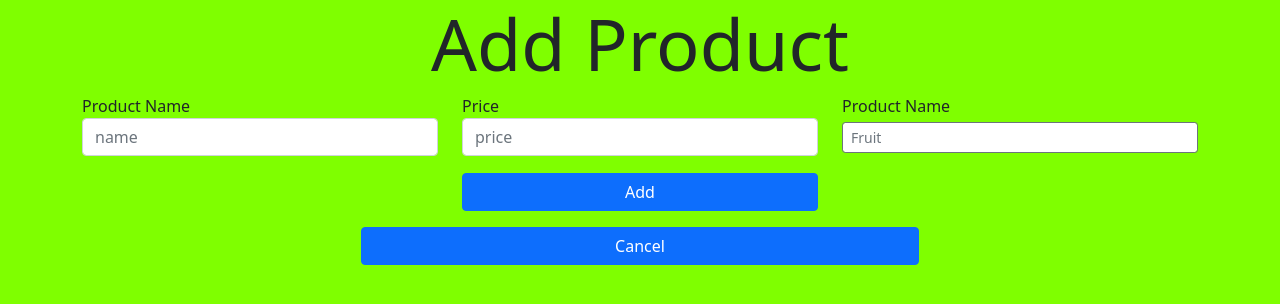
Repository: uditjain100/JavaScript-for-Web
Page: http://localhost/product/add
These files come from the project's save history. The page is drawn as it stood at one moment and after the next save; the edit follows.
The browser window is 1280 px wide. The pictures show the whole page.
The page is served by the project's Node server (23.DBrelationship_and_Express/index.js).

Above is the page before, as saved 2021-02-08 15:17:13.

After the next save:
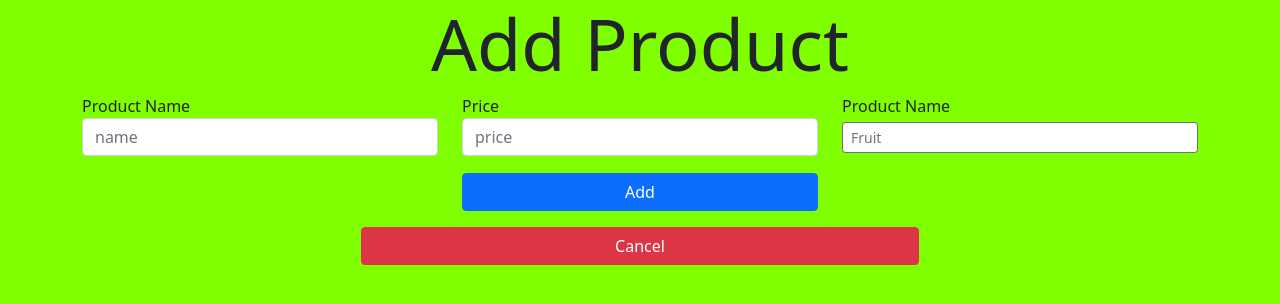
Saved 22 s later.
--- a/23.DBrelationship_and_Express/views/products/add.ejs
+++ b/23.DBrelationship_and_Express/views/products/add.ejs
@@ -57,7 +57,7 @@
         </div>
       </form>
       <div class="d-grid col-6 mx-auto mt-3">
-        <a href="/farms" class="btn btn-primary">Cancel</a>
+        <a href="/farms" class="btn btn-danger">Cancel</a>
       </div>
     </div>
   </body>
